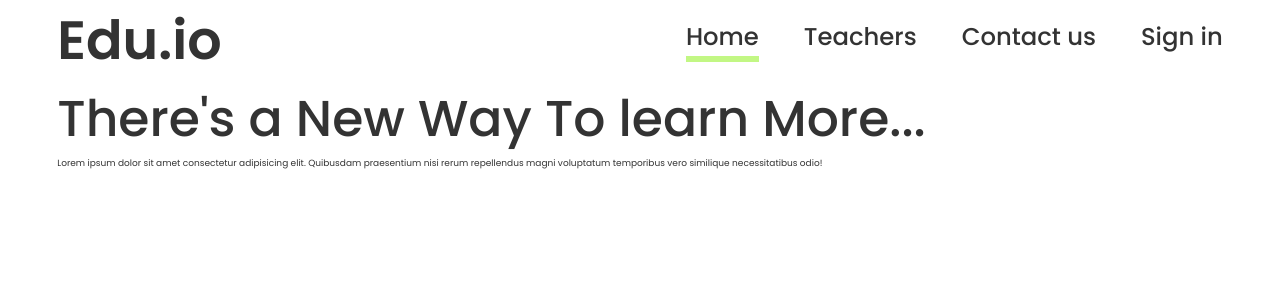
Repository: duck2913/edu.io
Page: /
These files come from the project's save history. The page is drawn as it stood at one moment and after the next save; the edit follows.
The browser window is 1280 px wide. The pictures show the whole page.
The project was rebuilt for these pictures with package versions that can differ from the ones it lists, and the page was loaded fresh each time.

Above is the page before, as saved 2021-09-02 13:02:38.

### src/index.html
<!DOCTYPE html>
<html lang="en">
	<head>
		<meta charset="UTF-8" />
		<meta http-equiv="X-UA-Compatible" content="IE=edge" />
		<meta name="viewport" content="width=device-width, initial-scale=1.0" />

		<!-- googlefont -->
		<link rel="preconnect" href="https://fonts.googleapis.com" />
		<link rel="preconnect" href="https://fonts.gstatic.com" crossorigin />
		<link
			href="https://fonts.googleapis.com/css2?family=Poppins:wght@400;500;600;700&display=swap"
			rel="stylesheet"
		/>
		<!-- googlefont -->
		<link rel="stylesheet" href="./scss/main.scss" />
		<title>Edu.io</title>
	</head>
	<body>
		<header class="header">
			<div class="container header__container">
				<div class="logo">Edu.io</div>
				<nav class="nav">
					<ul class="nav__list">
						<li class="nav__link active">Home</li>
						<li class="nav__link">Teachers</li>
						<li class="nav__link">Contact us</li>
						<li class="nav__link nav__btn">Sign in</li>
					</ul>
				</nav>
			</div>
		</header>

		<main>
			<section class="hero">
				<div class="container hero__container">
					<div class="hero__text-box">
						<h1 class="heading--1">There's a New Way To learn More...</h1>
						<p class="text">
							Lorem ipsum dolor sit amet consectetur adipisicing elit.
							Quibusdam praesentium nisi rerum repellendus magni voluptatum
							temporibus vero similique necessitatibus odio!
						</p>
					</div>
					<div class="hero__img-box"></div>
				</div>
			</section>
		</main>
	</body>
</html>

### src/scss/main.scss
@import "variable";
@import "mixin";
@import "reset";
@import "base";
@import "typography";
@import "header";
@import "hero";

### src/scss/_variable.scss
$color-red: #f6a9a9;
$color-orange: #ffbf86;
$color-yellow: #fff47d;
$color-green: #c2f784;

$border: 3px solid black;
$shadow: 1rem 1rem 3rem rgba(black, 0.2);

### src/scss/_mixin.scss
@mixin maxW($breakpoint) {
	@media screen and (max-width: $breakpoint) {
		@content;
	}
}

### src/scss/_reset.scss
html {
	box-sizing: border-box;
	scroll-behavior: smooth;
}
* {
	margin: 0;
	padding: 0;
}
*,
*:before,
*:after {
	box-sizing: border-box;
}
input,
textarea,
select,
button {
	outline: none;
}
input {
	line-height: normal;
}
label,
button {
	cursor: pointer;
}
a {
	text-decoration: none;
	color: inherit;
}
img {
	display: inline-block;
	max-width: 100%;
}

ul {
	list-style: none;
}

section[id] {
	scroll-margin-top: 3rem;
}

### src/scss/_base.scss
html {
	font-size: 62.5%;

	@include maxW(1280px) {
		font-size: 56.25%;
	}

	@include maxW(1023px) {
		font-size: 50%;
	}

	@include maxW(767px) {
		font-size: 43.75%;
	}
}

body {
	font-family: "Poppins", sans-serif;
	color: #333;
	line-height: 1.5;
}

.container {
	max-width: 133.5rem;
	padding: 0 2rem;
	margin: 0 auto;
}

.section {
	padding: 9.6rem 0;
}

.text-center {
	text-align: center;
}

.mb-lg {
	margin-bottom: 10rem !important;
}

.mb-md {
	margin-bottom: 5rem !important;
}

### src/scss/_typography.scss
.heading--1 {
	font-size: 5.6rem;
    font-weight: 500;
}

### src/scss/_header.scss
.header {
	&__container {
		display: flex;
		justify-content: space-between;
		align-items: center;
	}

	.logo {
		font-size: 6rem;
		font-weight: 600;
	}

	.nav {
		&__list {
			display: flex;
			gap: 5rem;
		}

		&__link {
			font-size: 2.7rem;
			font-weight: 500;
		}
		.active {
			border-bottom: 6px solid $color-green;
		}
	}
}

Loaded but not shown: src/scss/_hero.scss (no stored copy; drawn as an empty file)

After the next save:
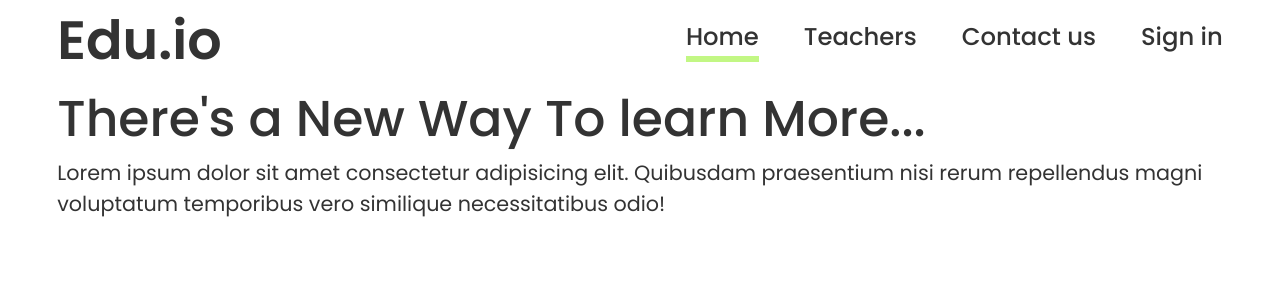
Saved 20 s later.
--- a/src/scss/_typography.scss
+++ b/src/scss/_typography.scss
@@ -1,4 +1,8 @@
 .heading--1 {
 	font-size: 5.6rem;
-    font-weight: 500;
+	font-weight: 500;
 }
+
+.text {
+	font-size: 2.3rem;
+}
